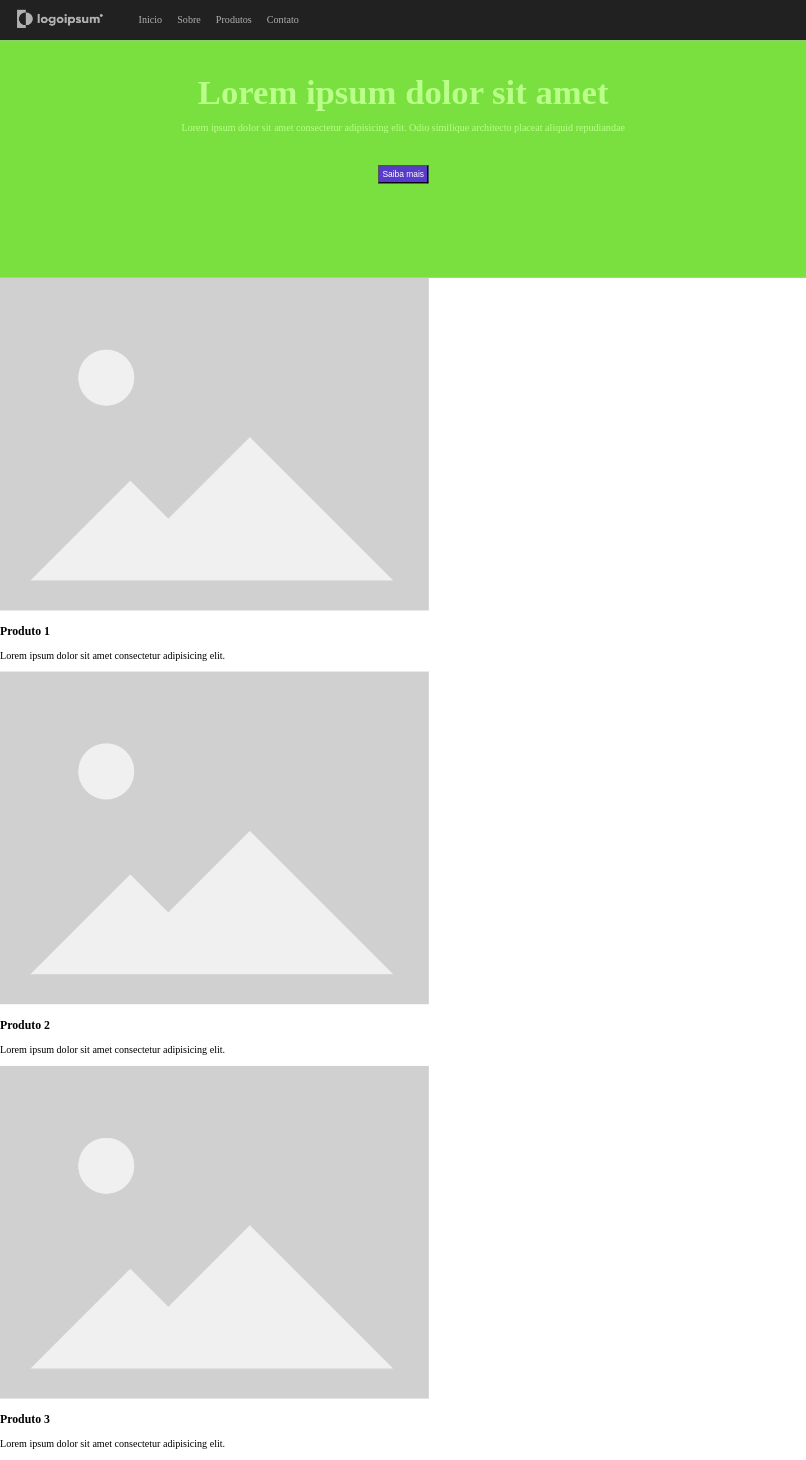
Repository: Carolden/SiteCrie_Ti
Page: index.html
An editor plug-in stored every save of this project. The page is shown before and after the next save, followed by the edit.
The browser window is 1280 px wide. The pictures show the whole page, at 63% of full size.

Above is the page before, as saved 2023-04-23 20:54:27.

### index.html
<!DOCTYPE html>
<html lang="pt-BR">
<head>
    <meta charset="UTF-8">
    <meta http-equiv="X-UA-Compatible" content="IE=edge">
    <meta name="viewport" content="width=device-width, initial-scale=1.0">
    <title>Document</title>
    <link rel="stylesheet" type="text/css" href="index.css" media="screen" />
</head>
<body>

    <header>
        <div>
            <img src="images/logo.png" alt="logo" class="logo">
        </div>
        <nav>
            <a href="inicio">Inicio</a>
            <a href="sobre">Sobre</a>
            <a href="produtos">Produtos</a>
            <a href="contato">Contato</a>
        </nav>
    </header>

    <main>

    <section class="banner">
        <h1>Lorem ipsum dolor sit amet</h1>
        <p>Lorem ipsum dolor sit amet consectetur adipisicing elit. Odio similique architecto placeat aliquid repudiandae</p>
        <button>Saiba mais</button>
    </section>

    <section>
        <div>
            <div>
                <img src="images/placeholder.png" alt="imagem1">
                <h3>Produto 1</h3>
                <p>Lorem ipsum dolor sit amet consectetur adipisicing elit.</p>
            </div>

            <div>
                <img src="images/placeholder.png" alt="imagem2">
                <h3>Produto 2</h3>
                <p>Lorem ipsum dolor sit amet consectetur adipisicing elit.</p>
            </div>

            <div>
                <img src="images/placeholder.png" alt="imagem3">
                <h3>Produto 3</h3>
                <p>Lorem ipsum dolor sit amet consectetur adipisicing elit.</p>
            </div>
        </div>
    </section>


    </main>





</body>
</html>

### index.css
body {
    border: 0;
    margin: 0;
    padding: 0;
}


header {
    background-color: #212121;
    display: flex;
    align-items: center;
    width: 100%;
    top: 0;
    padding-left: 20px;
    padding-right: 20px;
    box-sizing: border-box;
}

header nav a {
    color: #B0B0B0;
    text-decoration: none;
    padding: 10px;

}

.logo {
    width: 150px;
    height: 60px;
    padding-right: 40px;
}

.banner {
    background-color: rgb(121, 224, 63);
    color: rgb(185, 255, 137);
    text-align: center;
    padding-top: 5px;
    padding-bottom: 150px;

}

button {
    background-color: #593BCC;
    color: #ffffff;
    text-align: center;
    padding: 5px;
}

.banner h1 {
    font-size: 55px;
    margin-bottom: -30px;
}

.banner p {
    padding-bottom: 50px;
    padding-top: 30px;
    margin-bottom: 0px;
}

After the next save:
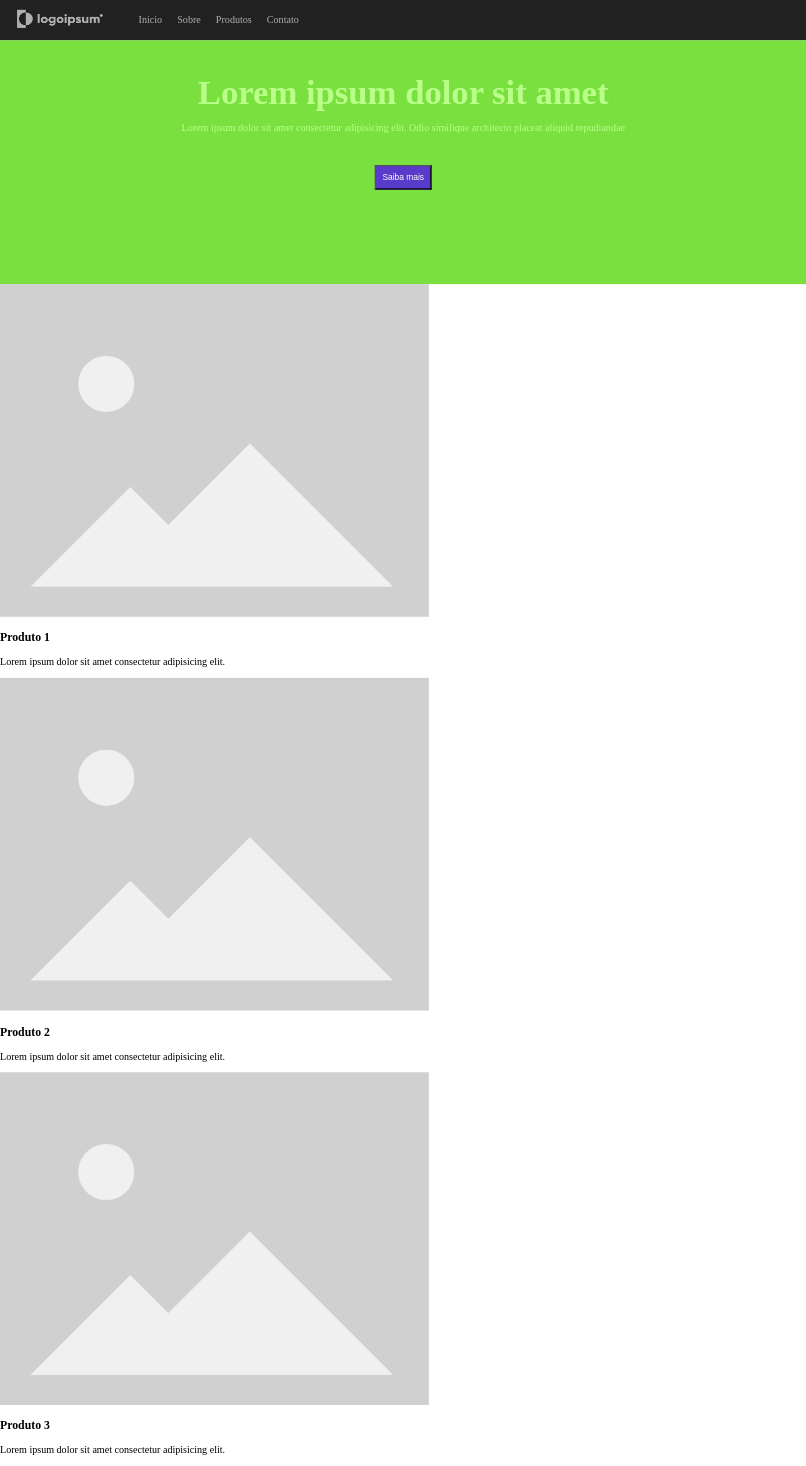
Saved 6 s later.
--- a/index.css
+++ b/index.css
@@ -42,7 +42,7 @@ button {
     background-color: #593BCC;
     color: #ffffff;
     text-align: center;
-    padding: 5px;
+    padding: 10px;
 }
 
 .banner h1 {
